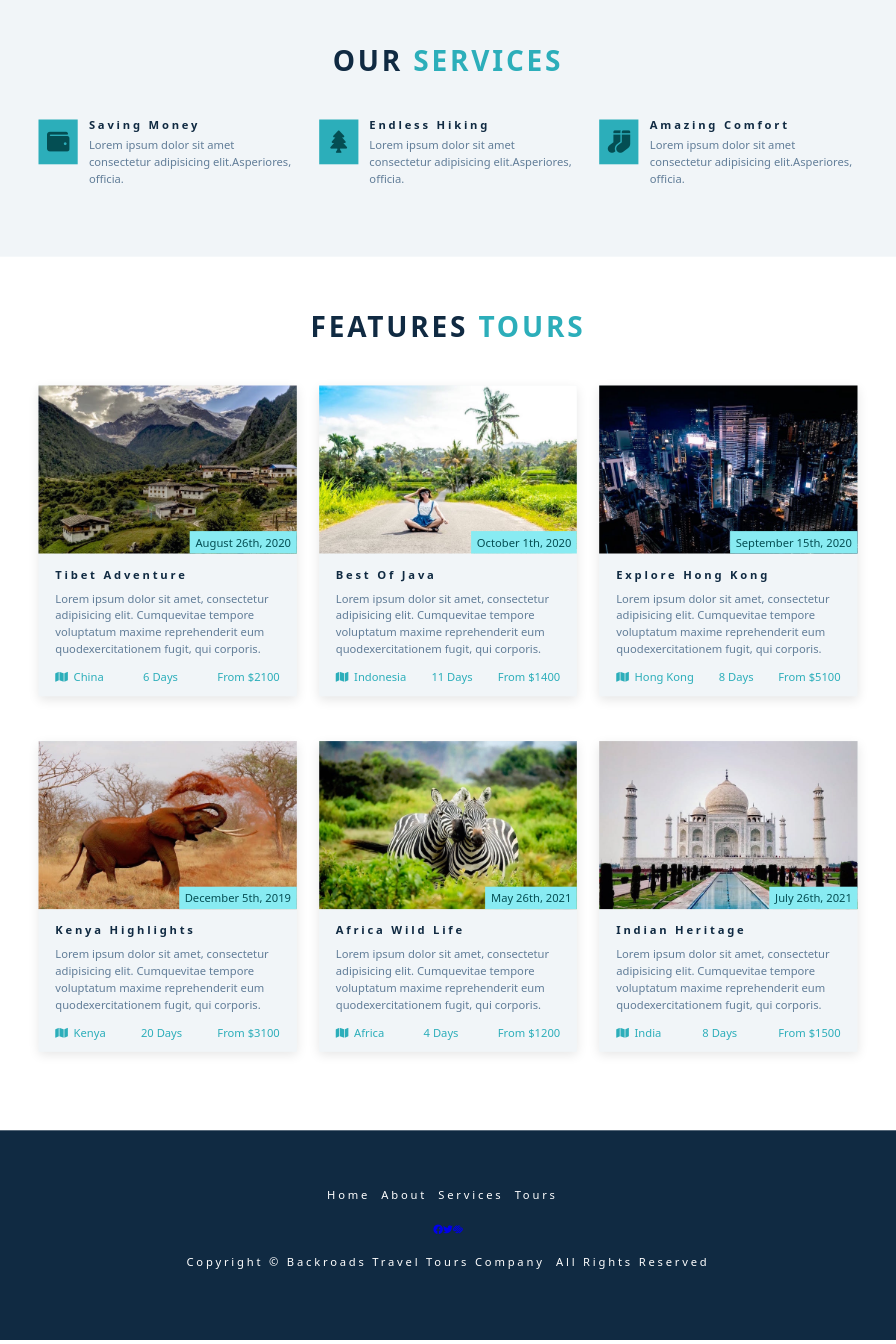
Repository: shivyank121/backRoad-app
Page: /
These files come from the project's save history. The page is drawn as it stood at one moment and after a run of saves; the edit follows.
The browser window is 1280 px wide. The pictures show the part of the page from y = 1424 to 3344 px (the page is 3344 px tall), at 70% of full size.
Some web libraries are served in a nearby version. The project was rebuilt for these pictures with package versions that can differ from the ones it lists, and the page was loaded fresh each time.

Above is the page before, as saved 2023-08-21 01:48:12.

After the next 2 saves:
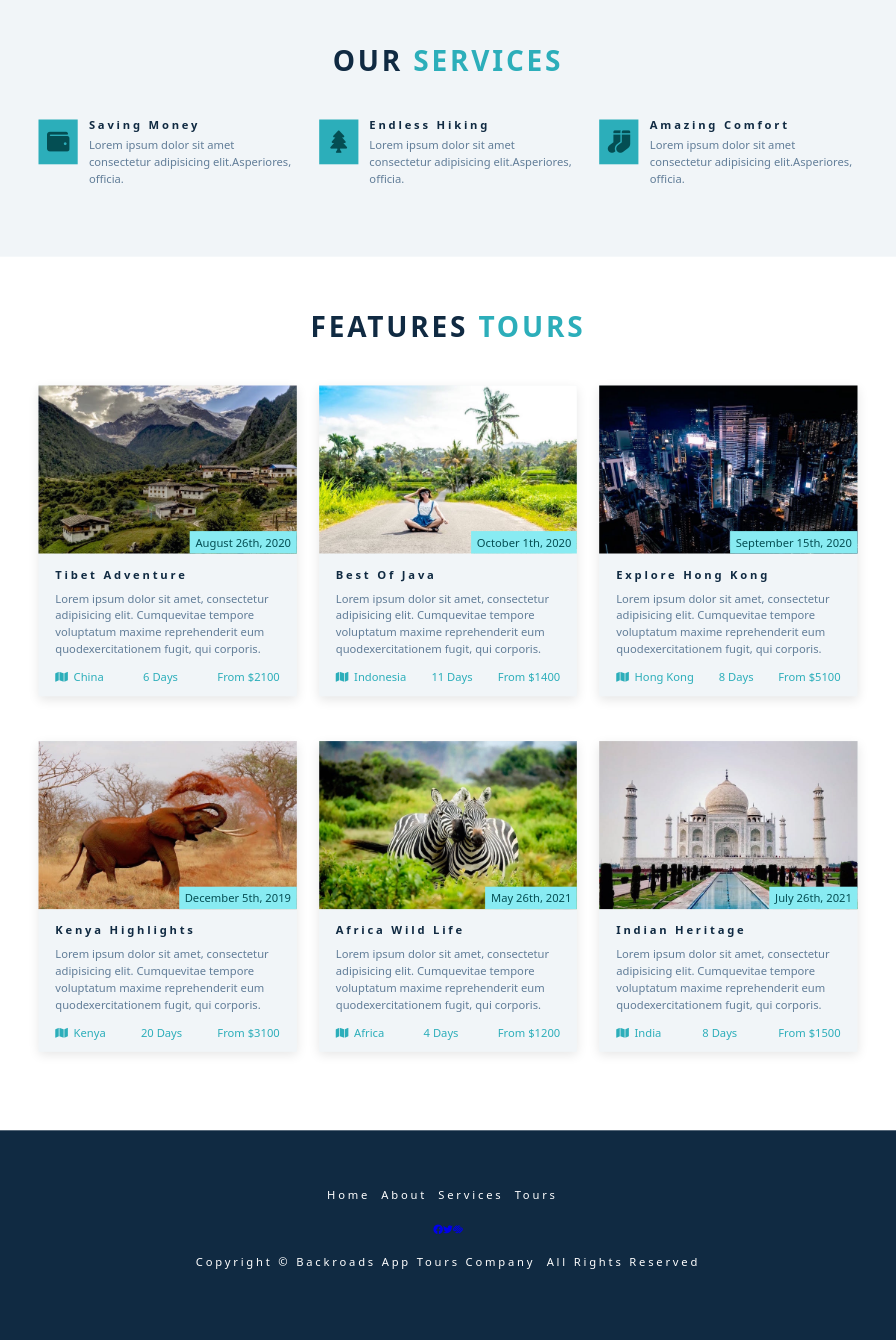
The 2 saves are shown as one change because they came seconds apart.
The last was saved 48 s later.
--- a/src/components/Footer.js
+++ b/src/components/Footer.js
@@ -36,7 +36,7 @@ export const Footer = () => {
 
     </ul>
     <p className="copyright">
-      copyright &copy; Backroads travel tours company
+      copyright &copy; Backroads App tours company
       <span id="date"></span> all rights reserved
     </p>
   </footer>
